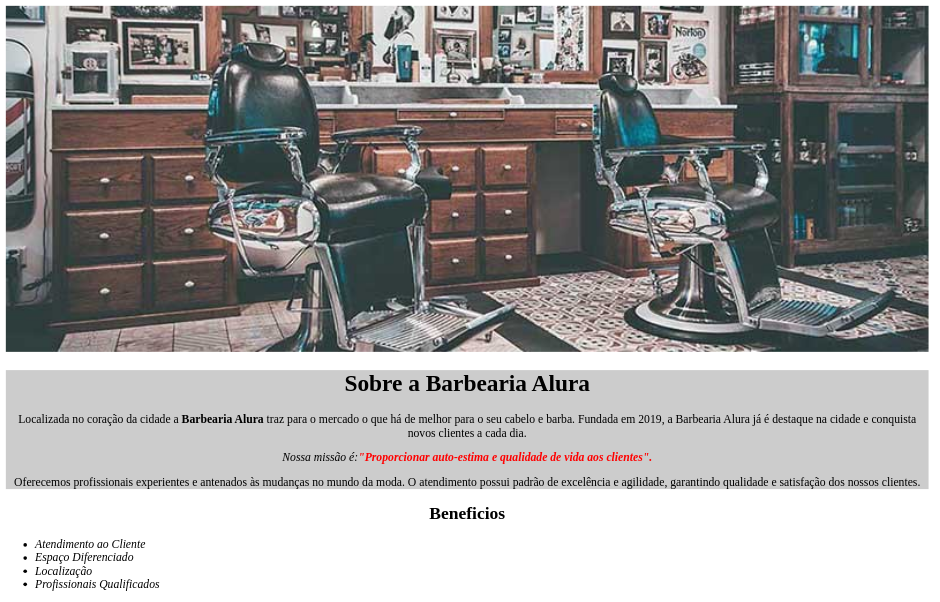
Repository: AnaBerlanda/AulaAlura
Page: index.html
An editor plug-in stored every save of this project. The page is shown before and after the next save, followed by the edit.
The browser window is 1280 px wide. The page is 1280 px wide, then 1288 px, so the pictures cover 1288 px, including what lies to the right of the window. The pictures show the whole page, at 73% of full size.

Above is the page before, as saved 2022-04-08 10:46:57.

### index.html
<!DOCTYPE html>
<html lang="pt-br">

<head>
    <meta charset="utf-8" />
    <title>Barbearia Alura</title>
    <link type="text/css" rel="stylesheet" href="index.css">
</head>
<body>
    <img id="banner" src="imagem/banner.jpg">
    <div class="principal">

        <h1>Sobre a Barbearia Alura</h1>
        <p>Localizada no coração da cidade a <strong> Barbearia Alura</strong> traz para o mercado o que há de melhor para o seu cabelo e barba.
        Fundada em 2019, a Barbearia Alura já é destaque na cidade e conquista novos clientes a cada dia.</p>
        <p><em>Nossa missão é:<strong>"Proporcionar auto-estima e qualidade de vida aos clientes".</strong></em></p>
        <p>Oferecemos profissionais experientes e antenados às mudanças no mundo da moda.
        O atendimento possui padrão de excelência e agilidade, garantindo qualidade e satisfação dos nossos clientes.</p>
    </div>
    <div class="beneficios">
        <h2>Beneficios</h2>

        <ul>
            <li class="itens">Atendimento ao Cliente</li>
            <li class="itens">Espaço Diferenciado</li>
            <li class="itens">Localização</li>
            <li class="itens">Profissionais Qualificados</li>
        </ul>
    </div>













</body>

### index.css
p{
    text-align: center;
}
em strong{
    color: red;
}
h1{
    text-align: center;
}
#banner{
    width: 100%;
}
.principal{
    background-color:#CCCCCC;


}
.itens{
    font-style: italic;
}
.beneficios{
    background-color:#FFFFFF;
}
h2{
    text-align: center;
}

After the next save:
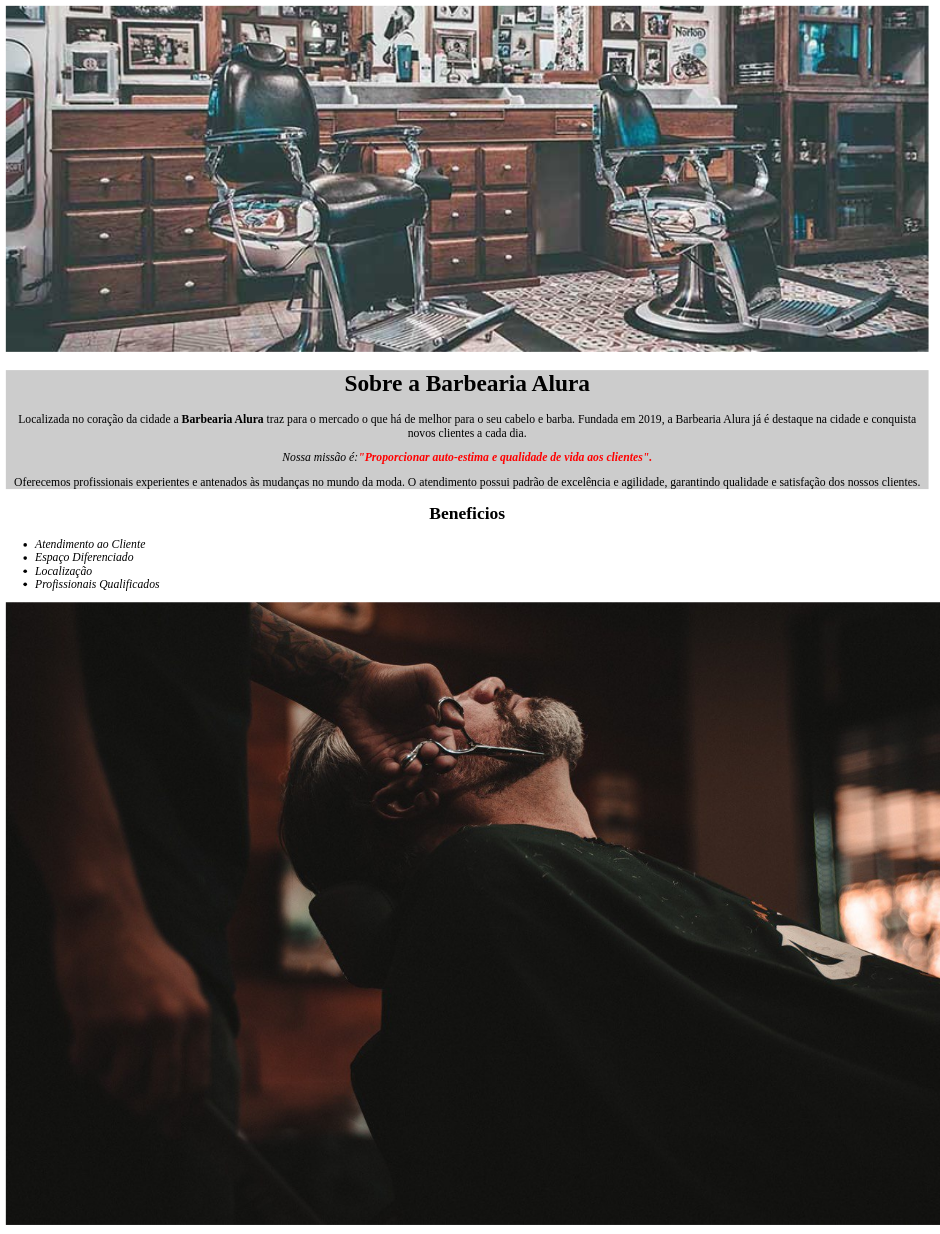
Saved 59 s later.
--- a/index.html
+++ b/index.html
@@ -26,6 +26,8 @@
             <li class="itens">Localização</li>
             <li class="itens">Profissionais Qualificados</li>
         </ul>
+
+        <img src="imagem/beneficios.jpg"
     </div>
 
 
